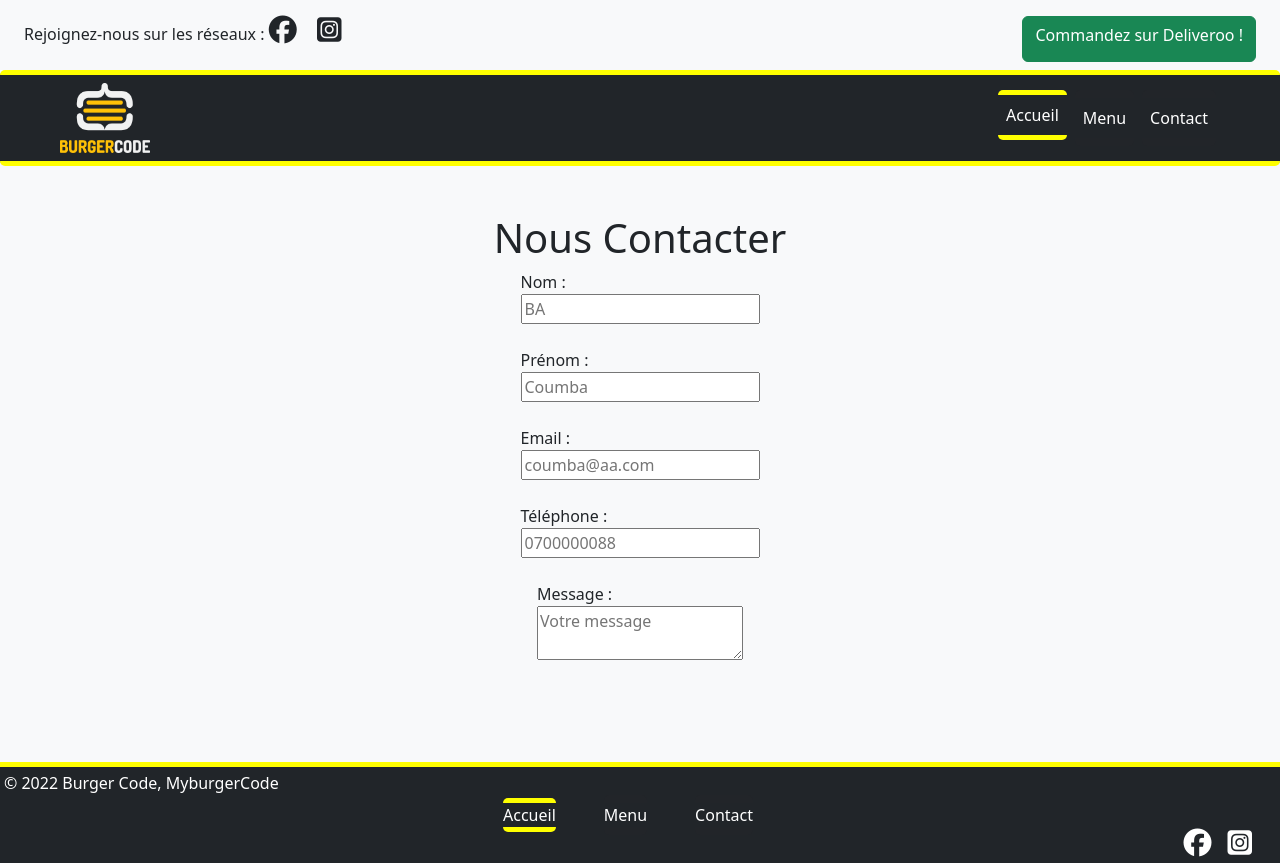
Repository: Coumba25040/coumbaProjet
Page: VraiProjet/contact.html
The author's editor kept a copy of each file at every save. The page is drawn from the files as they stood at one save, then again after the next save.
The browser window is 1280 px wide. The pictures show the whole page.

Above is the page before, as saved 2025-01-24 13:59:29.

After the next save:
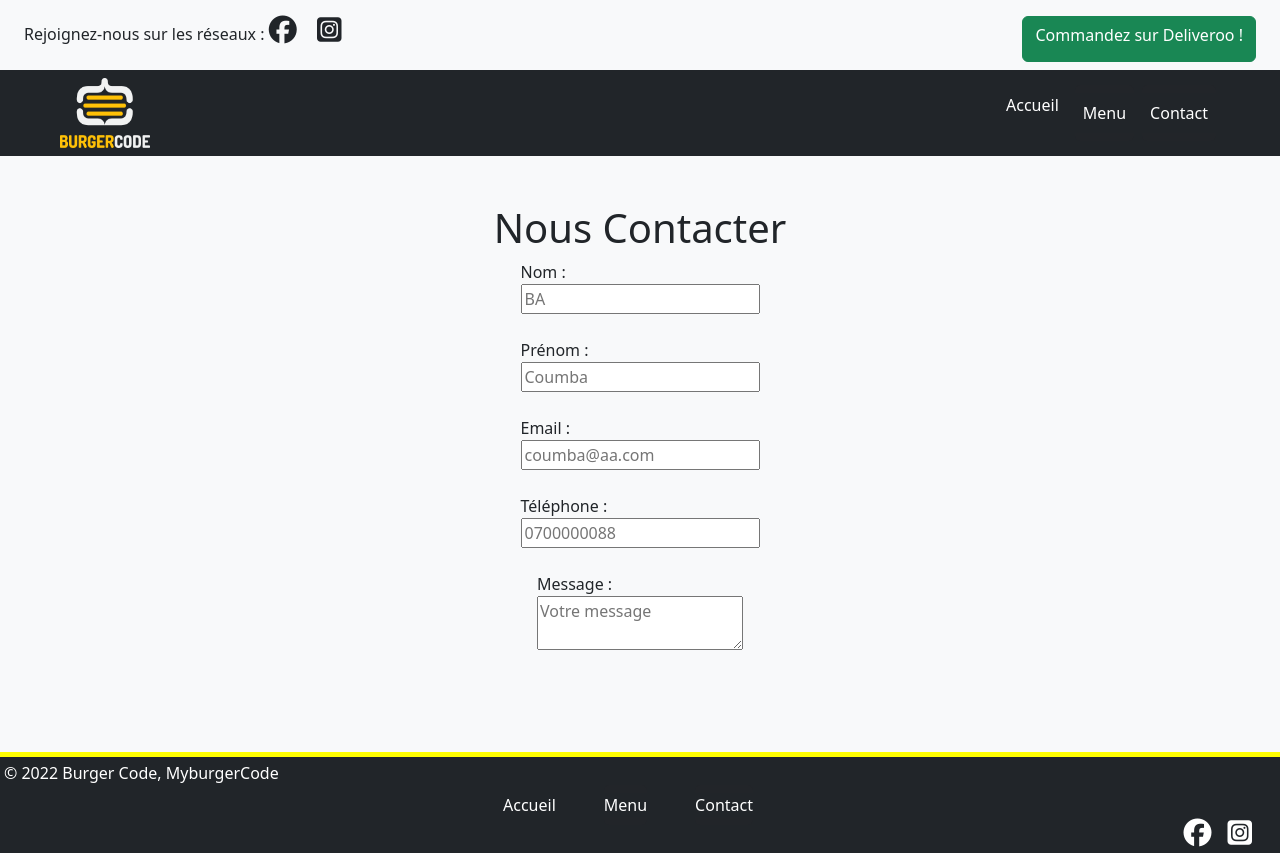
Saved 22 s later.
--- a/VraiProjet/contact.html
+++ b/VraiProjet/contact.html
@@ -22,7 +22,7 @@
             flex-direction: column;
         }
 
-        .accueil{
+        .menu{
 
           border-top: 5px solid yellow;
           border-bottom: 5px solid yellow;
